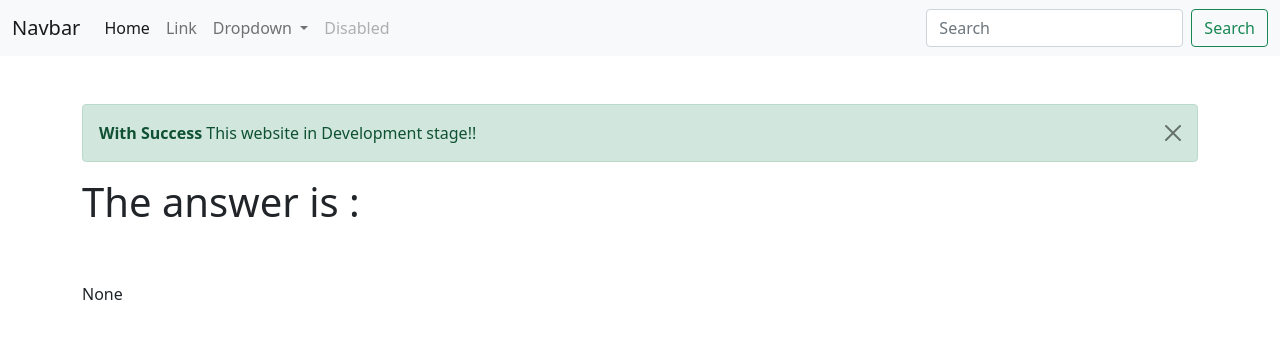
Repository: thenameisshreyank/Textutility
Page: http://localhost/analyze/
These files come from the project's save history. The page is drawn as it stood at one moment and after the next save; the edit follows.
The browser window is 1280 px wide. The pictures show the whole page.
The page is served by the project's application, run on Django 4.2 (manage.py).

Above is the page before, as saved 2022-04-15 11:09:11.

After the next save:
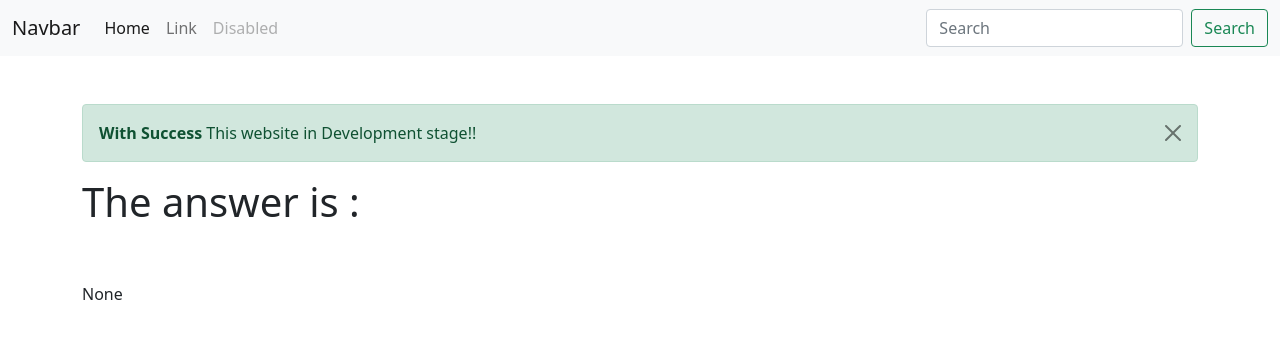
Saved 16 s later.
--- a/templates/analyze.html
+++ b/templates/analyze.html
@@ -22,17 +22,7 @@
               <li class="nav-item">
                 <a class="nav-link" href="#">Link</a>
               </li>
-              <li class="nav-item dropdown">
-                <a class="nav-link dropdown-toggle" href="#" id="navbarDropdown" role="button" data-bs-toggle="dropdown" aria-expanded="false">
-                  Dropdown
-                </a>
-                <ul class="dropdown-menu" aria-labelledby="navbarDropdown">
-                  <li><a class="dropdown-item" href="#">Action</a></li>
-                  <li><a class="dropdown-item" href="#">Another action</a></li>
-                  <li><hr class="dropdown-divider"></li>
-                  <li><a class="dropdown-item" href="#">Something else here</a></li>
-                </ul>
-              </li>
+
               <li class="nav-item">
                 <a class="nav-link disabled">Disabled</a>
               </li>
